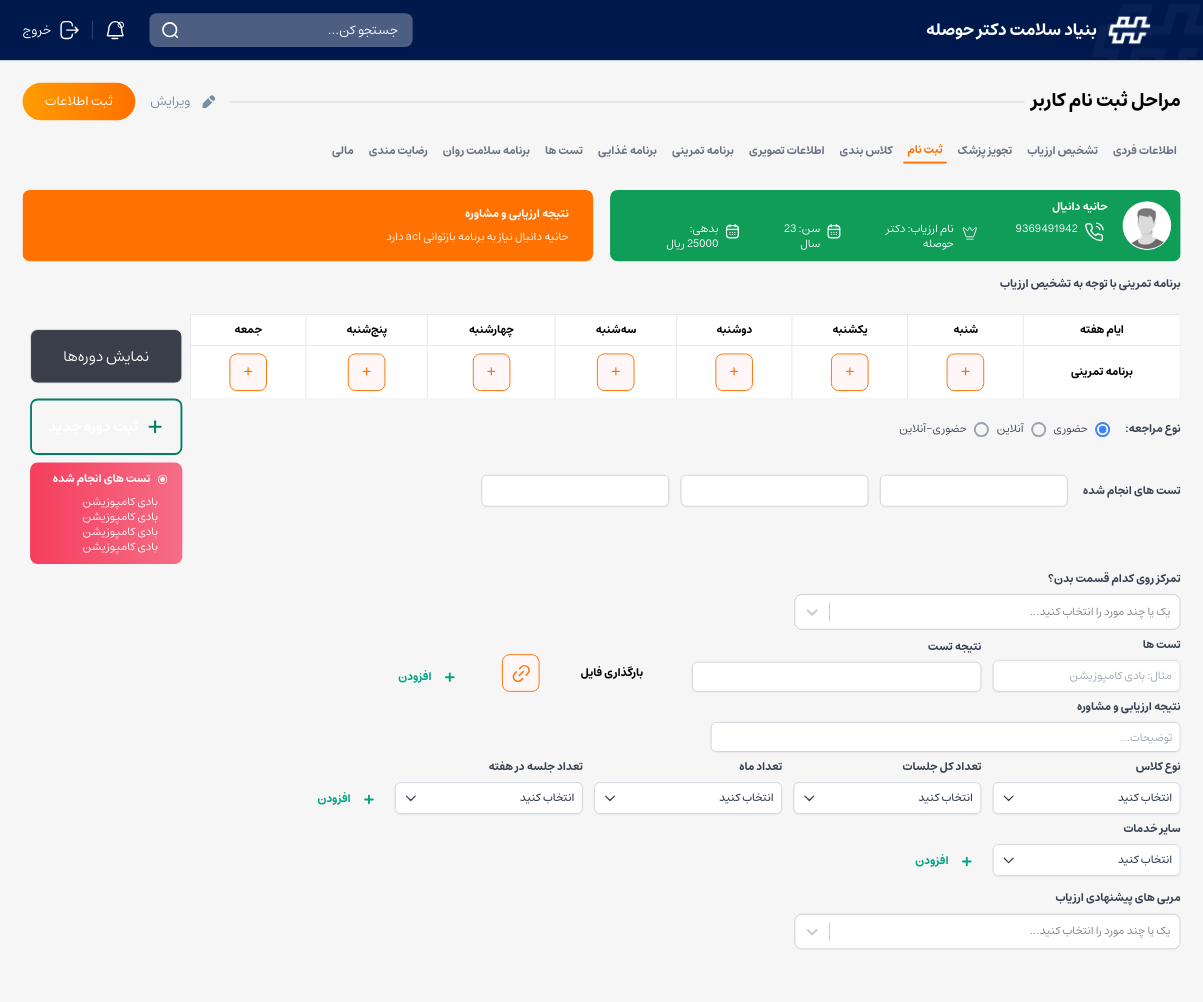
Repository: mirnajafi/ERP_hoseleh_V1.0
Page: /register, after clicking the first element matching `div.flex > :nth-child(4)`
An editor plug-in stored every save of this project. The page is shown before and after the next save, followed by the edit.
The browser window is 1280 px wide. The pictures show the whole page, at 94% of full size.
Some web fonts or font styles are not loaded; a fallback is used. The project was rebuilt for these pictures with package versions that can differ from the ones it lists, and the page was loaded fresh each time. The framework's server and built-in components were replaced by stand-ins that run in the browser. Also part of the build but not shown: next.config.mjs, src/components/icons/trash.tsx, src/components/weekTable/weekTable.css, src/components/icons/copy.tsx, src/components/recognitionEvaluator/recognitionEvaluator.tsx.

Above is the page before, as saved 2025-02-28 23:46:36.

### src/app/layout.tsx
/* eslint-disable @next/next/no-img-element */
import type { Metadata } from "next";
import Header from "@/components/layout/Header";
import "@/app/globals.css";


export const metadata: Metadata = {
  title: "دکتر حوصله",
  description: "بنیاد سلامت دکتر حوصله",
};

export default function RootLayout({ children }: { children: React.ReactNode }) {
  return (
    <html lang="fa" dir="rtl">
      <body className="bg-dashboard-bg min-h-screen">
        {/* Header includes SidebarToggle, so no need to add Sidebar separately */}
        <Header />
        {/* Main Content Area */}
        <main className="transition-all duration-300 mt-16 p-6">
          {children}
        </main>

      </body>
    </html>
  );
}

### src/app/globals.css
@tailwind base;
@tailwind components;
@tailwind utilities;

@font-face {
  font-family: 'Estedad';
  src: url('/fonts/Estedad-Regular.woff2') format('woff2');
  font-weight: normal;
  font-style: normal;
  font-display: swap;
}

@font-face {
  font-family: 'Estedad';
  src: url('/fonts/Estedad-Bold.woff2') format('woff2');
  font-weight: bold;
  font-style: normal;
  font-display: swap;
}

@font-face {
  font-family: 'Estedad';
  src: url('/fonts/Estedad-Medium.woff2') format('woff2');
  font-weight: 500;
  font-style: normal;
  font-display: swap;
}

@font-face {
  font-family: 'Estedad';
  src: url('/fonts/Light.woff2') format('woff2');
  font-weight: 400;
  font-style: normal;
  font-display: swap;
}

@layer base {
  html {
    font-family: 'Estedad'
  }
}

### src/components/formTab/formTab.tsx
import { useState } from "react";

interface Tab {
  label: string;
  content: React.ReactNode;
}

interface TabsProps {
  tabs: Tab[];
  defaultIndex?: number;
}

const Tabs: React.FC<TabsProps> = ({ tabs, defaultIndex = 0 }) => {
  const [activeIndex, setActiveIndex] = useState(defaultIndex);

  return (
    <div className="w-full overflow-hidden">
      <div className="flex py-3 overflow-x-auto whitespace-nowrap">
        {tabs.map((tab, index) => (
          <button
            key={index}
            className={`ml-2 p-1 text-nowrap text-xs font-bold text-sm focus:outline-none ${activeIndex === index
                ? "border-b-2 border-[#FF7101] text-[#FF7101]"
                : "text-gray-500 hover:text-[#FF7101]"
              }`}
            onClick={() => setActiveIndex(index)}
          >
            {tab.label}
          </button>
        ))}
      </div>

      <div className="py-4">{tabs[activeIndex].content}</div>
    </div>
  );
};

export default Tabs;

### src/components/registration/registration.tsx
import Select from "react-select/base";
import WeekTable from "../weekTable/weekTable";
import TransparentBtn from "../transparentBtn/transparentBtn";
import Dropdown from "../dropdown/dropdown";
import InputDescription from "../inputDescription/inputDescription";
import FileUploader from "../fileUploader/fileUploader";
import Input from "../input/input";
import InformationUserBox from "../informationUserBox/informationUserBox";
import { useState } from "react";
import ResultBox from "../resultBox/resultBox";
import PlusIcon from "../icons/plus";
import LeftSideBox from "../leftSideBox/leftSideBox";
import RadioButton from "../radioBtn/radioBtn";

const Registration = () => {

    const [selectedOptions, setSelectedOptions] = useState([]);


    const handleSelect = (option: string) => {
        console.log("انتخاب شده:", option);
    };
    const handleFileUpload = (files: File[]) => {
        console.log("فایل‌های آپلود شده:", files);
    };

    const [selected, setSelected] = useState<string>("option1");


    const [selectedDay, setSelectedDay] = useState<string>("");

    const handleDaySelect = (day: string) => {
        setSelectedDay(day);
    };

    return (
        <div>
            <div className="w-full flex flex-row">
                <InformationUserBox name="حانیه دانیال" age="23" phoneNumber={'9369491942'} evaluator="دکتر حوصله" debt="25000" imageSrc="/images/defaultUser.png" className="w-1/2 lg:ml-2" />
                <ResultBox resultText={"حانیه دانیال نیاز به برنامه بازتوانی acl دارد"} className="w-1/2 lg:mr-2" />
            </div>



            <div className="flex flex-row  my-4 items-center">
                <label className="mb-2 text-xs font-bold text-gray-700 ml-2">برنامه تمرینی با توجه به تشخیص ارزیاب</label>

            </div>

            <div className="w-full flex flex-row">

                <div className="w-full flex flex-col">
                    <WeekTable
                        apiUrl="https://api.majidvalizadeh.com/jalali/next7"
                        selectedDay={selectedDay}
                        onDaySelect={handleDaySelect}
                    />
                    <div className="flex flex-row my-4">
                        <label className="my-2 text-xs font-bold text-gray-700 ml-4">نوع مراجعه:</label>
                        <RadioButton
                            label="حضوری"
                            name="options"
                            value="option1"
                            checked={selected === "option1"}
                            onChange={setSelected}
                        />
                        <RadioButton
                            label="آنلاین"
                            name="options"
                            value="option2"
                            checked={selected === "option2"}
                            onChange={setSelected}
                        />
                        <RadioButton
                            label="حضوری-آنلاین"
                            name="options"
                            value="option3"
                            checked={selected === "option3"}
                            onChange={setSelected}
                        />
                    </div>


                    <div className="w-full xl:py-2 my-0  flex flex-col xl:flex-row xl:justify-start xl:items-end">
                        <label className="my-2 text-xs font-bold text-gray-700 ml-4">تست های انجام شده</label>

                        <Input
                            label=""
                            type="text"
                            value={''}
                            onChange={() => { }}
                            placeholder=""
                        />
                        <Input
                            label=""
                            type="text"
                            value={''}
                            onChange={() => { }}
                            placeholder=""
                        />

                        <Input
                            label=""
                            type="text"
                            value={''}
                            onChange={() => { }}
                            placeholder=""
                        />
                    </div>
                </div>

                <div className="w-1/6 p-2 flex flex-col">
                    <button className="bg-[#3B3E4B] text-white p-4 w-full border rounded-[8px] my-2">نمایش دوره‌ها</button>
                    <button className="bg-transparent text-[#007F63] text-white p-4 w-full border-2 border-[#007F63] rounded-[8px] flex items-center justify-center font-bold my-2"><PlusIcon width={20} height={20} /> ثبت دوره جدید</button>
                    <LeftSideBox title={"تست های انجام شده"} test1={"بادی کامپوزیشن"} />
                </div>
            </div>


            <div className="flex flex-col  w-ful xl:w-1/3">
                <label className="mb-2 text-xs font-bold text-gray-700">تمرکز روی کدام قسمت بدن؟</label>
                <Select
                    isMulti
                    options={[
                        { value: "apple", label: "سیب" },
                        { value: "banana", label: "موز" },
                        { value: "orange", label: "پرتقال" },
                        { value: "grape", label: "انگور" },
                        { value: "watermelon", label: "هندوانه" },
                    ]}
                    value={selectedOptions}
                    onChange={setSelectedOptions}
                    placeholder="یک یا چند مورد را انتخاب کنید..."
                    noOptionsMessage={() => "موردی یافت نشد"}
                    isClearable
                    isSearchable
                    className="text-xs "
                    styles={{
                        control: (base) => ({
                            ...base,
                            borderRadius: "8px",
                            borderColor: "#ccc",
                            boxShadow: "none",
                            "&:hover": { borderColor: "#888" },
                        }),
                    }}
                />
            </div>
            <div className="flex flex-col xl:flex-row w-full xl:items-end xl:justify-right ">
                <Input
                    label="تست ها"
                    type="text"
                    value={''}
                    onChange={() => { }}
                    placeholder="مثال: بادی کامپوزیشن "
                />
                <InputDescription
                    label="نتیجه تست"
                    value={''}
                    placeholder=""
                    className="xl:w-1/4 max-w-[500px]"
                />

                <FileUploader onFileUpload={handleFileUpload} accept="image/*" multiple />
                <TransparentBtn label='افزودن' />
            </div>
            <div className="flex flex-col xl:flex-row w-full xl:items-end xl:justify-right ">

                <InputDescription
                    label="نتیجه ارزیابی و مشاوره"
                    value={''}
                    placeholder="توضیحات..."
                    className="xl:w-1/2 max-w-[500px]"
                    height="h-24"
                />

            </div>

            <div className="flex flex-col xl:flex-row w-full xl:items-end xl:justify-right ">
                <Dropdown
                    label="نوع کلاس"
                    options={["گزینه 1", "گزینه 2", "گزینه 3"]}
                    onSelect={handleSelect}
                />
                <Dropdown
                    label="تعداد کل جلسات"
                    options={["گزینه 1", "گزینه 2", "گزینه 3"]}
                    onSelect={handleSelect}
                />
                <Dropdown
                    label="تعداد ماه"
                    options={["گزینه 1", "گزینه 2", "گزینه 3"]}
                    onSelect={handleSelect}
                />
                <Dropdown
                    label="تعداد جلسه در هفته"
                    options={["گزینه 1", "گزینه 2", "گزینه 3"]}
                    onSelect={handleSelect}
                />
                <TransparentBtn label='افزودن' />

            </div>
            <div className="flex flex-col xl:flex-row w-full xl:items-end xl:justify-right ">
                <Dropdown
                    label="سایر خدمات"
                    options={["گزینه 1", "گزینه 2", "گزینه 3"]}
                    onSelect={handleSelect}
                />
                <TransparentBtn label='افزودن' />

            </div>
            <div className="flex flex-col  w-ful xl:w-1/3 my-4">
                <label className="mb-2 text-xs font-bold text-gray-700">مربی های پیشنهادی ارزیاب</label>
                <Select
                    isMulti
                    options={[
                        { value: "apple", label: "سیب" },
                        { value: "banana", label: "موز" },
                        { value: "orange", label: "پرتقال" },
                        { value: "grape", label: "انگور" },
                        { value: "watermelon", label: "هندوانه" },
                    ]}
                    value={selectedOptions}
                    onChange={setSelectedOptions}
                    placeholder="یک یا چند مورد را انتخاب کنید..."
                    noOptionsMessage={() => "موردی یافت نشد"}
                    isClearable
                    isSearchable
                    className="text-xs "
                    styles={{
                        control: (base) => ({
                            ...base,
                            borderRadius: "8px",
                            borderColor: "#ccc",
                            boxShadow: "none",
                            "&:hover": { borderColor: "#888" },
                        }),
                    }}
                />
            </div>


        </div>
    )

}
export default Registration;

### src/components/SearchInput/SearchInput.tsx
/* eslint-disable @next/next/no-img-element */
"use client";

interface SearchInputProps {
  placeholder?: string;
  className?: string;
}

export default function SearchInput({ placeholder = "جستجو کن...", className = "" }: SearchInputProps) {
  return (
    <div className="relative w-[280px]">
      <input
        type="text"
        placeholder={placeholder}
        className={`w-full h-9 bg-white bg-opacity-30 rounded-lg px-4 text-white placeholder:text-white text-sm focus:outline-none ${className}`}
      />
      <img
        src="/icons/left-icon.svg"
        alt="search"
        className="absolute left-2 top-1/2 -translate-y-1/2 w-7 h-7 brightness-0 invert"
      />
    </div>
  );
}

### src/components/formHeader/formHeader.css
.customeGradient{
    background: linear-gradient(270deg, #FF7101 0%, #FF9C00 100%);
    color: white;
    border-radius: 50px;
    padding:  10px 24px;
}

### src/components/transparentBtn/transparentBtn.tsx
'use client'; // اضافه کردن این خط برای فعال کردن کامپوننت در Client-side

import React from "react";

interface BtnProps {
    label: string;
}

const TransparentBtn: React.FC<BtnProps> = ({ label }) => {

    return (
        <div className="w-250px text-[#01A384] h-full flex xl:items-center xl:justify-center">
            <button className="flex flex-row p-2  h-full flex items-center justify-center font-bold text-xs
">
                <svg width="15" height="15" viewBox="0 0 14 15" fill="none" xmlns="http://www.w3.org/2000/svg" className="ml-3">
                    <path d="M7 3.41666V11.5833" stroke="#01A384" stroke-width="2" stroke-linecap="round" stroke-linejoin="round" />
                    <path d="M2.91602 7.5H11.0827" stroke="#01A384" stroke-width="2" stroke-linecap="round" stroke-linejoin="round" />
                </svg>
                {label}
            </button>
        </div>
    );
};

export default TransparentBtn;

### src/components/inputDescription/inputDescription.tsx
'use client';  // اضافه کردن این خط برای فعال کردن کامپوننت در Client-side

import React from "react";

interface InputProps {
  label: string;
  value: string;
  placeholder?: string;
  required?: boolean;
  className?: string;
  height?:string;
}

const InputDescription: React.FC<InputProps> = ({
  label,
  value,
  placeholder,
  required = false,
  className = "",
  height
}) => {
  return (
    <div className={`w-full xl:w-1/2 ml-3 max-w-[500px] ${className}`}>
      <label className="block text-xs text-gray-700 mb-2 mt-4 xl:my-2 font-bold font-bold">{label}</label>

      <textarea
        value={value}
        placeholder={placeholder}
        required={required}
        className={`block w-full h-8 ${height} p-2 resize-none max-w-200 overflow-hidden text-xs border border-gray-300 rounded-md shadow-sm focus:outline-none focus:ring-2 focus:ring-indigo-500 focus:border-indigo-500`}
      />
    </div>
  );
};

export default InputDescription;

### src/components/resultBox/resultBox.tsx
'use client';

import React from "react";
import './resultBox.css';


interface ResultBoxProps {
    resultText: string;
    className?: string;
}

const ResultBox: React.FC<ResultBoxProps> = ({
    resultText,
    className
}) => {
    return (
        <div className={`w-full flex flex-col lg:flex-row containResultBox text-xs ${className}`}>
            <div className="flex flex-col mr-4">
                <div className="font-bold">نتیجه ارزیابی و مشاوره</div>
                <div className="flex flex-col justify-center items-start lg:flex-row mt-2">
                    <span className="ml-10 flex flex-row-reverse">{resultText}</span>
                </div>
            </div>
        </div>
    );
};

export default ResultBox;

### src/components/icons/plus.tsx
'use client';

import React from "react";

interface IconProps {
    width?: number;
    height?: number;
    color?: string;
}

const PlusIcon: React.FC<IconProps> = ({ width, height }) => {
    return (
        <svg width={width} height={height} viewBox="0 0 36 36" fill="none" className="ml-2" xmlns="http://www.w3.org/2000/svg">
        <path d="M18 7.5V28.5" stroke="#007F63" stroke-width="4" stroke-linecap="round" stroke-linejoin="round"/>
        <path d="M7.5 18H28.5" stroke="#007F63" stroke-width="4" stroke-linecap="round" stroke-linejoin="round"/>
        </svg>


    );
};

export default PlusIcon;

### src/components/radioBtn/radioBtn.tsx
import React from "react";

interface RadioButtonProps {
  label: string;
  name: string;
  value: string;
  checked: boolean;
  onChange: (value: string) => void;
}

const RadioButton: React.FC<RadioButtonProps> = ({ label, name, value, checked, onChange }) => {
  return (
    <label className="flex items-center space-x-2 cursor-pointer text-xs">
      <input
        type="radio"
        name={name}
        value={value}
        checked={checked}
        onChange={() => onChange(value)}
        className="hidden"
      />
      <div
        className={`w-4 h-4 rounded-full border-2 ${
          checked ? "border-blue-500" : "border-gray-400"
        } flex items-center justify-center transition-all`}
      >
        {checked && <div className="w-2 h-2 bg-blue-500 rounded-full" />}
      </div>
      <span className="text-gray-700">{label}</span>
    </label>
  );
};

export default RadioButton;

### src/components/icons/uploader.tsx
'use client';

import React from "react";

interface IconProps {
    width?: number;
    height?: number;
    color?: string;
}

const UploaderIcon: React.FC<IconProps> = ({ width, height }) => {
    return (<svg width={width} height={height} viewBox="0 0 24 24" fill="none" xmlns="http://www.w3.org/2000/svg">
        <path d="M14.1211 9.87866L9.87845 14.1213" stroke="#FF7101" stroke-width="1.5" stroke-linecap="round" />
        <path d="M10.334 7.00003L12.0006 5.33336C13.8416 3.49239 16.8264 3.49239 18.6673 5.33335V5.33335C20.5083 7.17431 20.5083 10.1591 18.6673 12.0001L17.0007 13.6667" stroke="#FF7101" stroke-width="1.5" stroke-linecap="round" />
        <path d="M13.666 17L11.9994 18.6666C10.1584 20.5076 7.17362 20.5076 5.33266 18.6666V18.6666C3.4917 16.8257 3.4917 13.8409 5.33266 11.9999L6.99934 10.3333" stroke="#FF7101" stroke-width="1.5" stroke-linecap="round" />
    </svg>
    );
};

export default UploaderIcon;

### src/components/informationUserBox/informationUserBox.css
.containInfoBox {
  background: #0f9d58;
  color: white;
  justify-content: right;
  align-items: center;
  padding: 10px;
  border-radius: 8px;
}
.imageUser {
  border-radius: 100%;
}

### src/components/resultBox/resultBox.css
.containResultBox {
  background: #FF7101;
  color: white;
  justify-content: right;
  align-items: center;
  padding: 10px;
  border-radius: 8px;
  margin-right: 10px;
}

### src/components/leftSideBox/leftSideBox.css
.containLeftSideBox {
  background: linear-gradient(270deg, #F56E86 0%, #F53E5E 100%);
  color: white;
  justify-content: right;
  align-items: center;
  padding: 10px;
  border-radius: 8px;
}
.special-margin{
  margin-right: -10px;
}

### src/components/icons/circle.tsx

'use client';

import React from "react";

interface IconProps {
    width?: number;
    height?: number;
    color?: string;
}

const CircleIcon: React.FC<IconProps> = ({ width = 21, height = 22 }) => {
    return (
        <svg width={width} height={height} viewBox="0 0 12 12" className="ml-2" fill="none" xmlns="http://www.w3.org/2000/svg">
            <rect width="12" height="12" rx="6" fill="white" />
            <rect x="2" y="2" width="8" height="8" rx="4" fill="white" />
            <rect x="2" y="2" width="8" height="8" rx="4" stroke="#F56B84" stroke-width="2" />
        </svg>

    );
};

export default CircleIcon;

### tailwind.config.ts
import type { Config } from "tailwindcss";

const config: Config = {
  content: [
    "./src/pages/**/*.{js,ts,jsx,tsx,mdx}",
    "./src/components/**/*.{js,ts,jsx,tsx,mdx}",
    "./src/containers/**/*.{js,ts,jsx,tsx,mdx}",
    "./src/app/**/*.{js,ts,jsx,tsx,mdx}",
  ],
  theme: {
    extend: {
      colors: {
        "deep-blue": "#1E3A8A",
        "green": "#8BC34A",
        "orange": "#F97316",
        "red": "#E02D40",
        "yellow": "#FBBF24",
        background: "var(--background)",
        foreground: "var(--foreground)",
        secondry: {
          blue: {
            900: "#00194D",
          },
        },
        primery: {
          600: "#FF7101"
        },
        dashboard: {
          bg: "#F6F6F6"
        }
      },
    },
  },
  plugins: [],
};
export default config;

Loaded but not shown: src/components/personalInfo/personalInfo.tsx (302 lines, source omitted); src/components/weekTable/weekTable.tsx (87 lines, source omitted); src/components/dropdown/dropdown.tsx (69 lines, source omitted); src/components/icons/evaluator.tsx (26 lines, source omitted); src/components/inputDate/inputDate.tsx (67 lines, source omitted); src/components/informationUserBox/informationUserBox.tsx (61 lines, source omitted); src/components/icons/calendar.tsx (35 lines, source omitted); src/components/icons/phoneNumber.tsx (20 lines, source omitted); src/components/formHeader/formHeader.tsx (32 lines, source omitted); src/components/fileUploader/fileUploader.tsx (54 lines, source omitted); src/components/layout/Header.tsx (44 lines, source omitted); src/app/register/page.tsx (48 lines, source omitted); src/components/leftSideBox/leftSideBox.tsx (35 lines, source omitted); src/components/input/input.tsx (40 lines, source omitted)

After the next save:
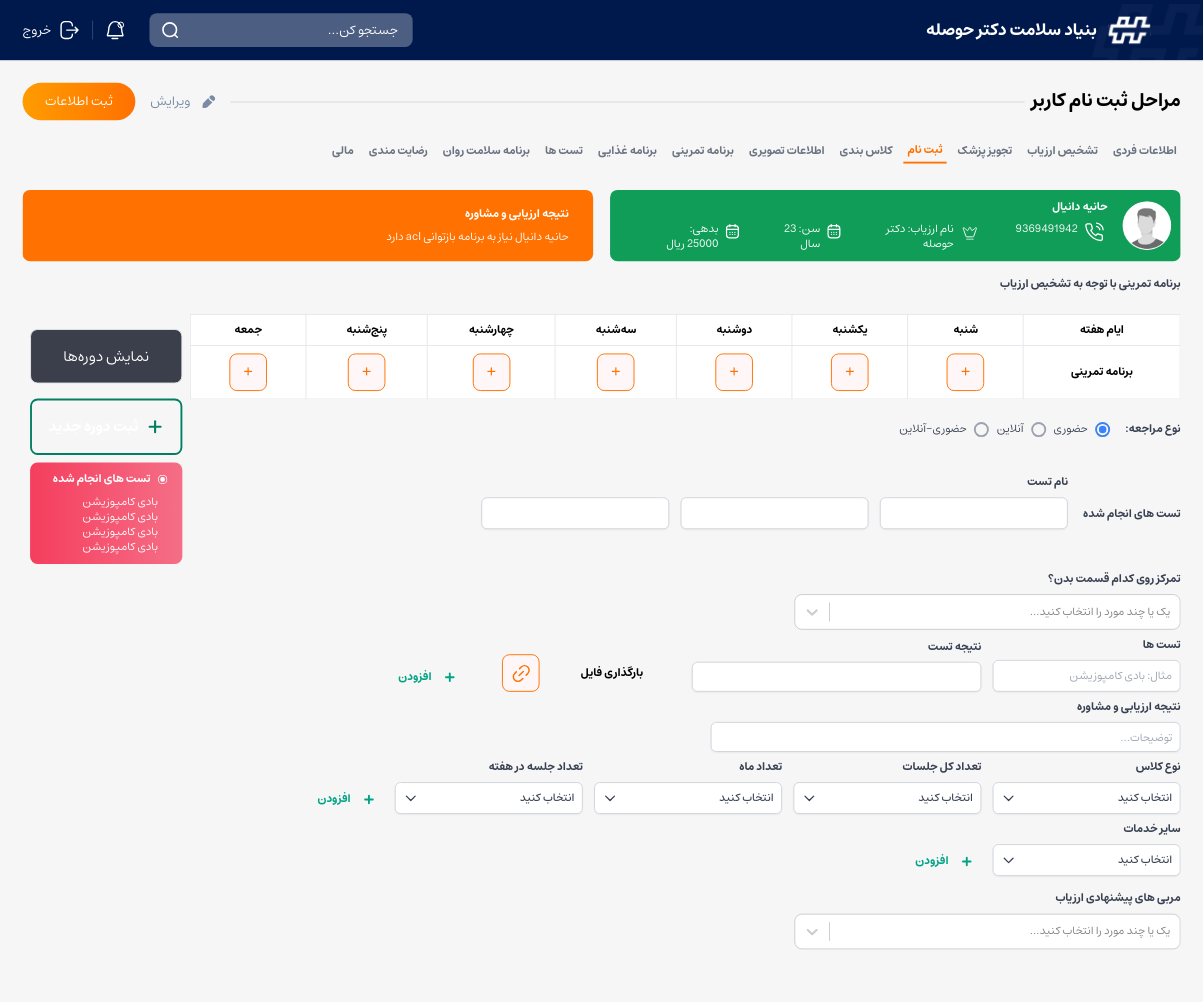
Saved 9 s later.
--- a/src/components/registration/registration.tsx
+++ b/src/components/registration/registration.tsx
@@ -85,7 +85,7 @@ const Registration = () => {
                         <label className="my-2 text-xs font-bold text-gray-700 ml-4">تست های انجام شده</label>
 
                         <Input
-                            label=""
+                            label="نام تست"
                             type="text"
                             value={''}
                             onChange={() => { }}
